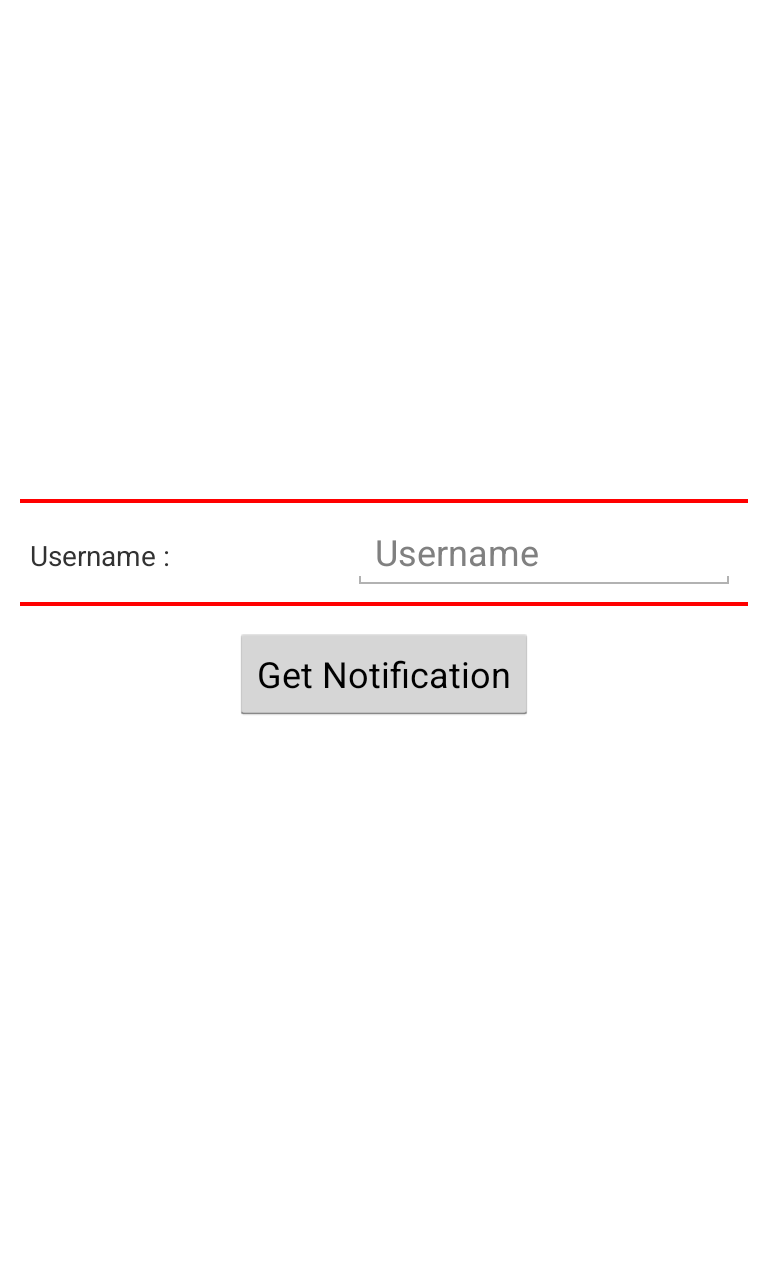
Repository: mansee8/Emergency-Service-Information-Provider
Layout: Emergency Service Information Provider/ESIP/ESIP/res/layout/view_notifs.xml
These files come from the project's save history. The layout is drawn as it stood at one moment and after the next save; the edit follows.
It is drawn on a 768 x 1280 px phone screen (xhdpi) without system bars, with theme AppTheme; the app's code is not run.

Above is the layout before, as saved 2014-03-06 10:03:37.

After the next save:
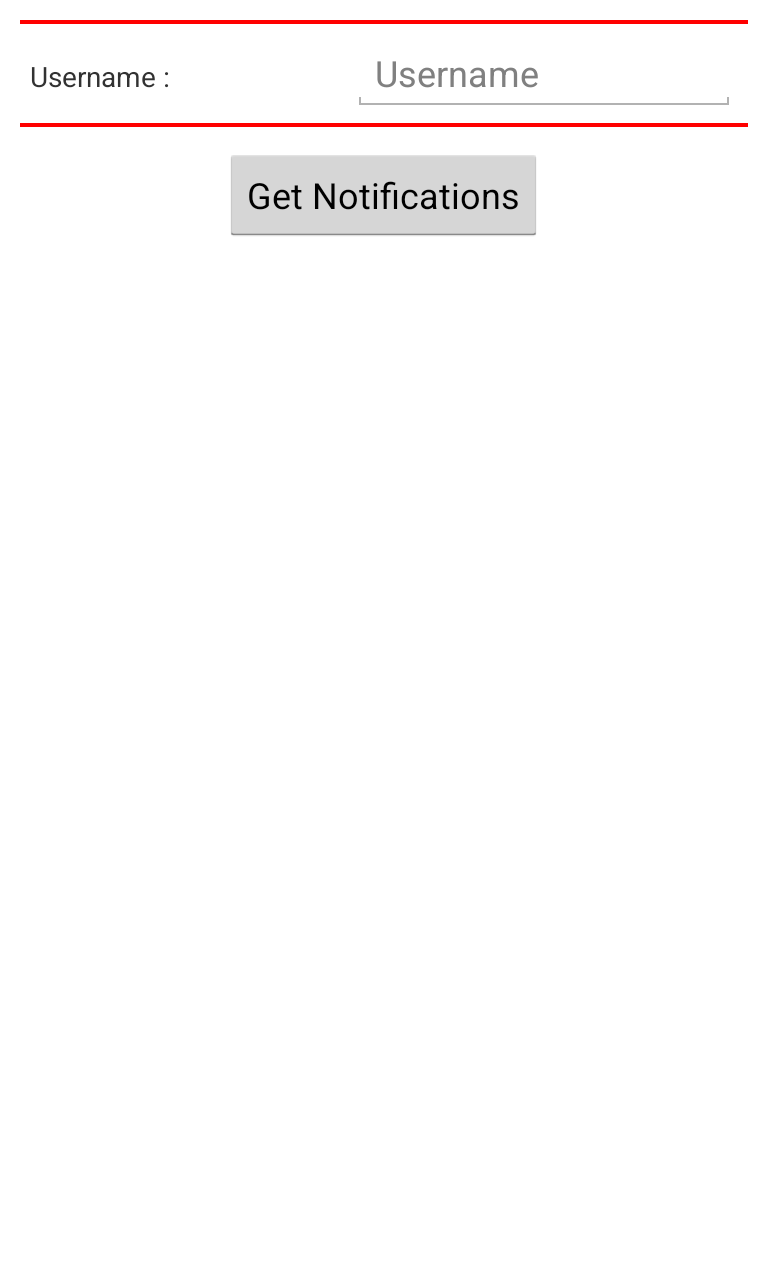
Saved 81 s later.
--- a/Emergency Service Information Provider/ESIP/ESIP/res/layout/view_notifs.xml
+++ b/Emergency Service Information Provider/ESIP/ESIP/res/layout/view_notifs.xml
@@ -9,7 +9,7 @@
     <LinearLayout
         android:layout_width="fill_parent"
         android:layout_height="fill_parent"
-        android:gravity="center"
+        android:gravity="center_horizontal"
         android:orientation="vertical"
         android:padding="5dp" >
 
@@ -52,7 +52,7 @@
             android:layout_width="wrap_content"
             android:layout_height="wrap_content"
             android:layout_margin="10dp"
-            android:text="Get Notification" />
+            android:text="Get Notifications" />
 
         <TextView
             android:gravity="center"
